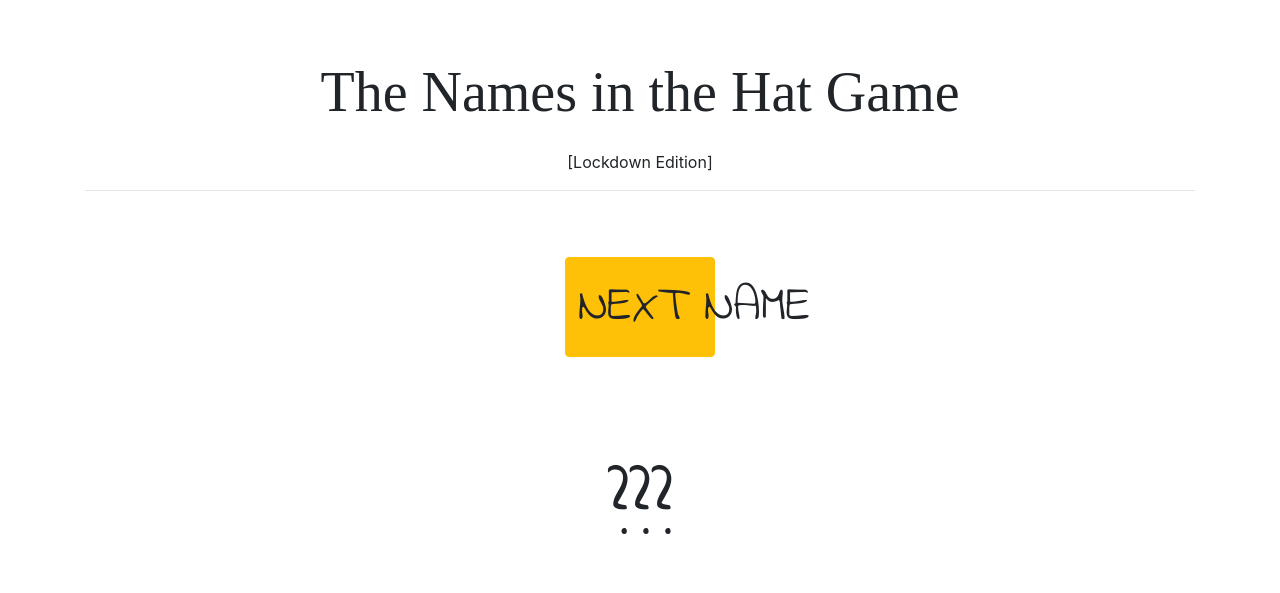
Repository: TaylorD1982/randomizer
Page: index.html
The author's editor kept a record of every edit. The page is drawn from the files as they stood at one moment, then again after the next edit.
The browser window is 1280 px wide. The pictures show the whole page.
Some web fonts or font styles are not loaded; a fallback is used. Some web libraries are served in a nearby version.

Above is the page before.

### index.html
<!DOCTYPE html>
<html lang="en">

<head>
    <meta charset="UTF-8">
    <meta name="viewport" content="width=device-width, initial-scale=1.0">
    <meta http-equiv="X-UA-Compatible" content="ie=edge">
    <title>Document</title>
    <link href="https://fonts.googleapis.com/css2?family=Indie+Flower&display=swap" rel="stylesheet">
    <link href="https://fonts.googleapis.com/css2?family=Frijole&display=swap" rel="stylesheet">
    <link rel="stylesheet" href="https://maxcdn.bootstrapcdn.com/bootstrap/4.0.0/css/bootstrap.min.css" integrity="sha384-Gn5384xqQ1aoWXA+058RXPxPg6fy4IWvTNh0E263XmFcJlSAwiGgFAW/dAiS6JXm" crossorigin="anonymous">
    <link rel="stylesheet" href="style.css">
</head>

<body>
    <div class="container">
        <div class="row app">
            <div class="col">
                <div>
                    <P class="title">The Names in the Hat Game</P>
                    <P class="lock">[Lockdown Edition]</P>
                </div>
                <hr>
                <button id="Button" type="button" class="btn btn-warning">
                      NEXT NAME
                </button>
                <br>
                <br>
                <br>
                <div id="Answer" class="result">
                    ???
                </div>
            </div>
        </div>
    </div>
</body>
<script>
    // myArray initial content, as a global variable :
    var myArray = [
        'Al',
        'Bingham',
        'David',
        'Juliet',
        'Will',
        'Laura',
        'Lindsey',
        'Tom Hanks',
        'Struan',
        'Jim Jeffries',
        'Max',
        'Kathryn',
    ];

    // the event handler, randomly emptying myArray one at a time :
    document.getElementById("Button").onclick = function() {
        // check for an empty array :
        if (myArray.length > 0) {
            var optionsE = Math.floor(Math.random() * myArray.length);
            var removedE = myArray.splice(optionsE, 1);
            document.getElementById("Answer").innerHTML = removedE[0];
        }
        else {
            alert("GAME OVER!");
        }
    }
</script>
<script src="https://code.jquery.com/jquery-3.2.1.slim.min.js" integrity="sha384-KJ3o2DKtIkvYIK3UENzmM7KCkRr/rE9/Qpg6aAZGJwFDMVNA/GpGFF93hXpG5KkN" crossorigin="anonymous"></script>
<script src="https://cdnjs.cloudflare.com/ajax/libs/popper.js/1.12.9/umd/popper.min.js" integrity="sha384-ApNbgh9B+Y1QKtv3Rn7W3mgPxhU9K/ScQsAP7hUibX39j7fakFPskvXusvfa0b4Q" crossorigin="anonymous"></script>
<script src="https://maxcdn.bootstrapcdn.com/bootstrap/4.0.0/js/bootstrap.min.js" integrity="sha384-JZR6Spejh4U02d8jOt6vLEHfe/JQGiRRSQQxSfFWpi1MquVdAyjUar5+76PVCmYl" crossorigin="anonymous"></script>

</html>

### style.css
.app {
    padding-top: 50px;
    text-align: center;
}

.result {
    padding-top: 50px;
    font-family: 'Indie Flower', cursive;
    font-size: 5em;
}

.btn {
    width: 150px;
    height: 100px;
    font-family: 'Indie Flower', cursive;
    font-size: 3em;
    margin-top: 50px;
}

.title {
    font-family: 'Frijole', cursive;
    font-size: 3.5em;
}

After the next edit:
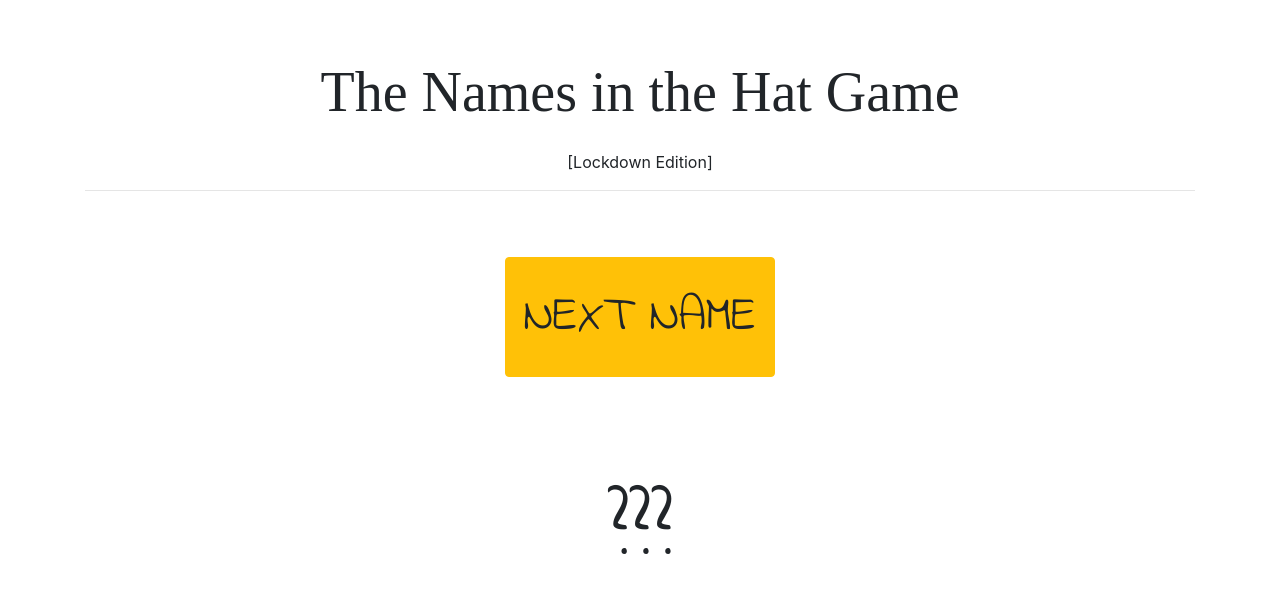
The edit:
--- a/style.css
+++ b/style.css
@@ -10,8 +10,8 @@
 }
 
 .btn {
-    width: 150px;
-    height: 100px;
+    width: 270px;
+    height: 120px;
     font-family: 'Indie Flower', cursive;
     font-size: 3em;
     margin-top: 50px;
